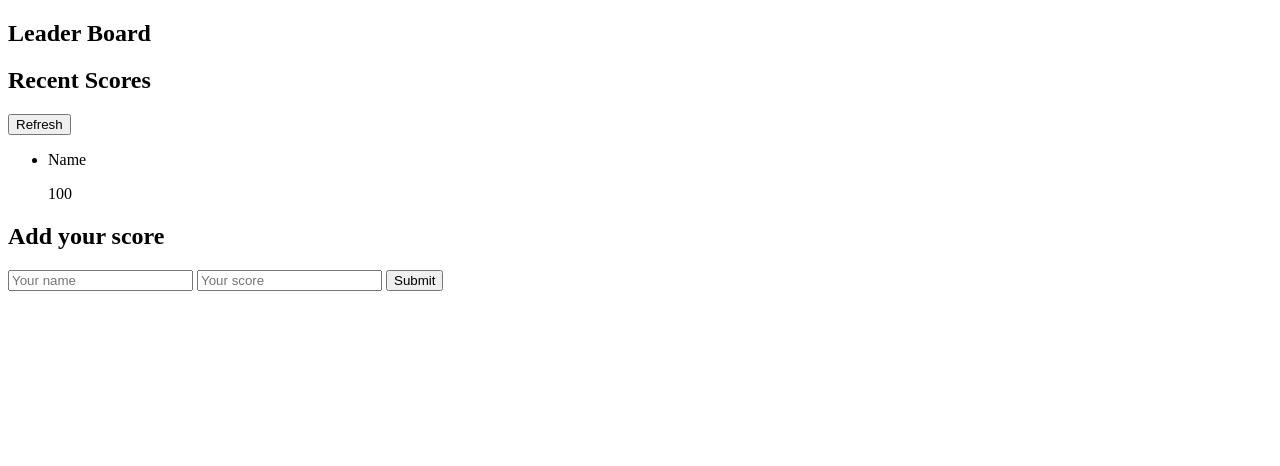
Repository: kennedyowusu/Leaderboard
Page: src/index.html
The author's editor kept a copy of each file at every save. The page is drawn from the files as they stood at one save, then again after the next save.
The browser window is 1280 px wide. The pictures show the whole page.

Above is the page before, as saved 2022-12-20 14:48:01.

### src/index.html
<!DOCTYPE html>
<html lang="en">
<head>
 <meta charset="UTF-8">
 <meta http-equiv="X-UA-Compatible" content="IE=edge">
 <meta name="viewport" content="width=device-width, initial-scale=1.0">
 <title>Leader Board</title>
</head>
<body>
 <main>
  <section class="main-container">
   <h1 class="main-title">Leader Board</h1>
   <div class="sub-container">

    <div class="score-container">

     <div class="score-container">
      <h2 class="sub-title">Recent Scores</h2>
      <button class="refresh">Refresh</button>
     </div>

     <ul class="score-list">
      <li class="score-item">
       <p class="name">Name</p>
       <p class="score">100</p>
      </li>
     </ul>

    </div>

    <div class="add-score-container">
     <h2 class="add-score">Add your score</h2>
     <form>
      <input type="text" placeholder="Your name" required>
      <input type="number" placeholder="Your score" required>
      <button type="submit" class="submit">Submit</button>
     </form>
    </div>

   </div>
  </section>
 </main>
</body>
</html>

After the next save:
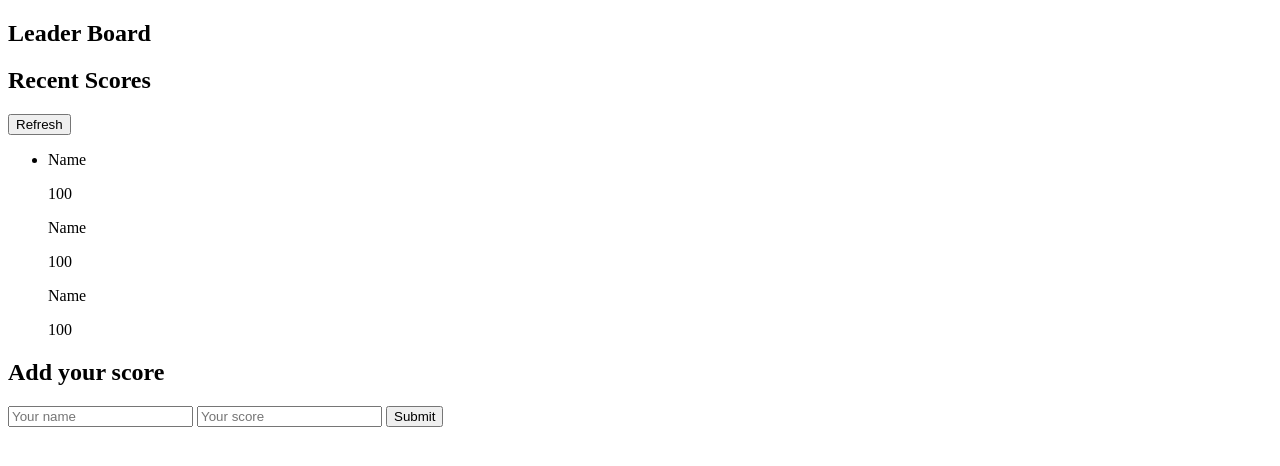
Saved 64 s later.
--- a/src/index.html
+++ b/src/index.html
@@ -23,6 +23,10 @@
       <li class="score-item">
        <p class="name">Name</p>
        <p class="score">100</p>
+       <p class="name">Name</p>
+       <p class="score">100</p>
+       <p class="name">Name</p>
+       <p class="score">100</p>
       </li>
      </ul>
 
